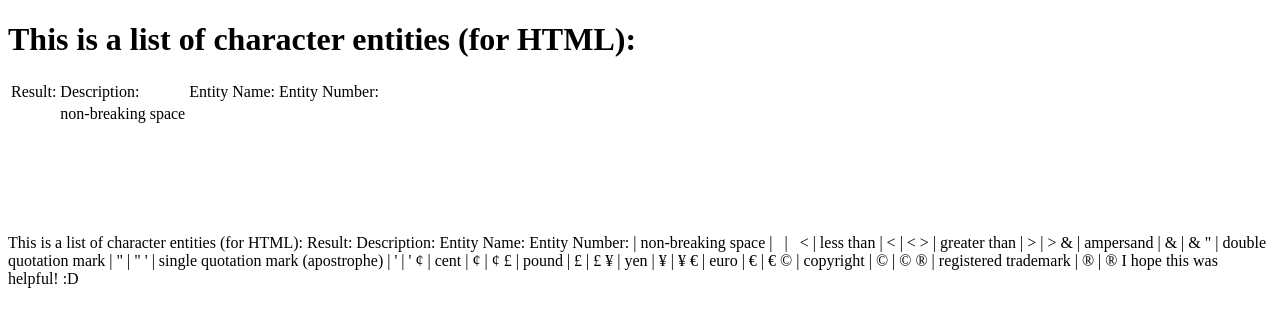
Repository: linas-dev/HTML-CSS-Projects
Page: Basic_HTML_and_CSS/Basic_HTML_5.html
The author's editor kept a copy of each file at every save. The page is drawn from the files as they stood at one save, then again after the next save.
The browser window is 1280 px wide. The pictures show the whole page.

Above is the page before, as saved 2021-05-30 10:56:24.

### Basic_HTML_and_CSS/Basic_HTML_5.html
<!DOCTYPE html>
<html lang="en">
<head>
    <meta charset="UTF-8">
    <meta http-equiv="X-UA-Compatible" content="IE=edge">
    <meta name="viewport" content="width=device-width, initial-scale=1.0">
    <link rel="stylesheet" href="Basic_CSS_2.css">
    <title>Document</title>
</head>
<body>

    <h1>This is a list of character entities (for HTML):</h1>

    <table>
        <thead>
            <td>Result:</td>
            <td>Description: </td>
            <td>Entity Name:</td>
            <td>Entity Number:</td>
        </thead>
        <tbody>
            <tr>
                <td></td>
                <td>non-breaking space</td>
                <td> </td>
                <td>&#160;</td>
            </tr>
        </tbody>
    </table>




<br>

<br>
<br>
<br>
<br>
<br>

    This is a list of character entities (for HTML):

Result:    Description:                         Entity Name:    Entity Number:
         | non-breaking space                 | &nbsp;        | &#160;
  <      | less than                          | &lt;          | &#60;
  >      | greater than                       | &gt;          | &#62;
  &      | ampersand                          | &amp;         | &#38;
  "      | double quotation mark              | &quot;        | &#34;
  '      | single quotation mark (apostrophe) | &apos;        | &#39;
  ¢      | cent                               | &cent;        | &#162;
  £      | pound                              | &pound;       | &#163;
  ¥      | yen                                | &yen;         | &#165;
  €      | euro                               | &euro;        | &#8364;
  ©      | copyright                          | &copy;        | &#169;
  ®      | registered trademark               | &reg;         | &#174;

I hope this was helpful! :D
</body>
</html>

### Basic_HTML_and_CSS/Basic_CSS_2.css
p {
    color: #2E5757;
    background: #F0DFEE;
    font-weight: bolder;
    text-align: right;
}

.table {
    border-collapse: collapse;
    margin: 25px 0;
    font-size: 0.9em;
    min-width: 400px;
}

.table thead tr {
    background-color: #009879;
    color: #fff;
    text-align: left;
    font-weight: bold;
}

.table th, .table td {
    padding: 7px 5px;
}

.table tbody tr {
    border-bottom: 1px solid #dddddd;
}

.hoveref:hover {
    background-color: #4F0444;
    color: white;
}

After the next save:
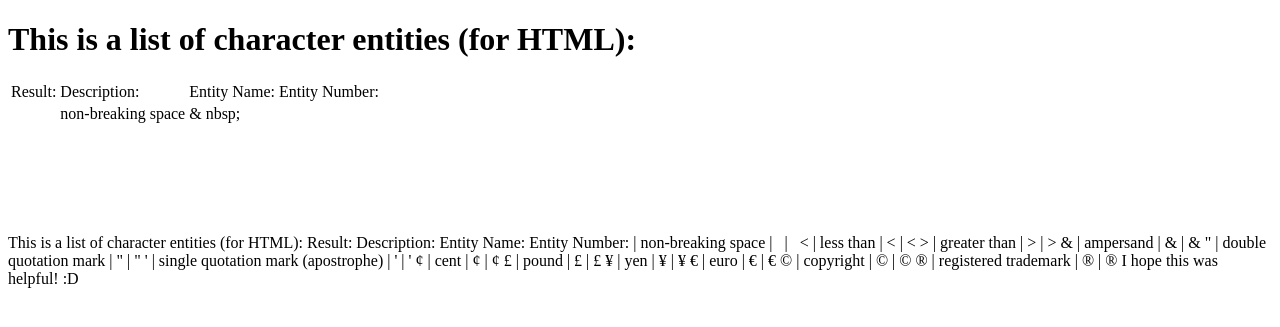
Saved 2 min 15 s later.
--- a/Basic_HTML_and_CSS/Basic_HTML_5.html
+++ b/Basic_HTML_and_CSS/Basic_HTML_5.html
@@ -22,7 +22,7 @@
             <tr>
                 <td></td>
                 <td>non-breaking space</td>
-                <td> </td>
+                <td>& nbsp;</td>
                 <td>&#160;</td>
             </tr>
         </tbody>
